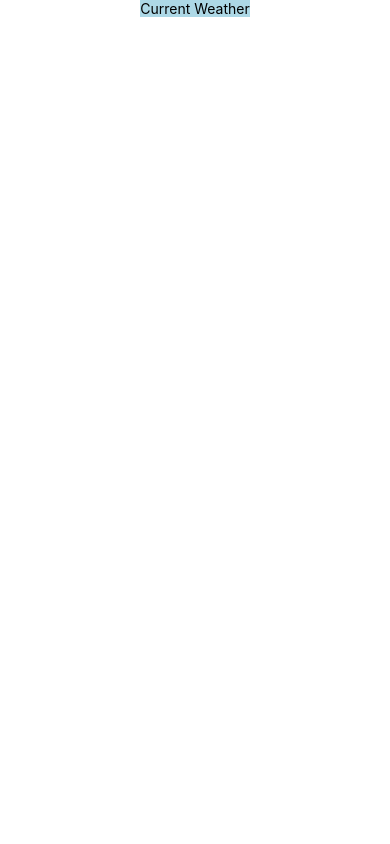
Repository: akinmiday/fcc
Screen: / (app in WeatherApp/)
The author's editor kept a copy of each file at every save. The screen is drawn from the files as they stood at one save, then again after the next save.
The app was drawn by React Native's web renderer in a window 390 px wide. The project was rebuilt for these pictures with package versions that can differ from the ones it lists, and the page was loaded fresh each time.

Above is the screen before, as saved 2023-07-18 06:51:05.

### WeatherApp/App.js
import React from "react";
import { View, Text, SafeAreaView, StyleSheet } from "react-native";

const App = () =>{
  return(
   <SafeAreaView style={styles.wrapper} >
     <View style={styles.container} >
      <Text>Current Weather</Text>
    </View>
   </SafeAreaView>
  )
}

const styles= StyleSheet.create({
  container:{
    backgroundColor: 'lightblue'
  },
  wrapper:{
    flex:1,
    alignItems: 'center',

  }
})

export default App

After the next save:
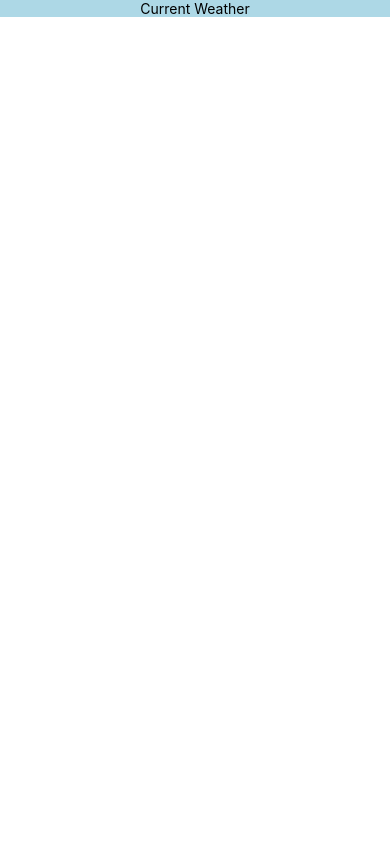
Saved 38 s later.
--- a/WeatherApp/App.js
+++ b/WeatherApp/App.js
@@ -13,12 +13,11 @@ const App = () =>{
 
 const styles= StyleSheet.create({
   container:{
-    backgroundColor: 'lightblue'
+    backgroundColor: 'lightblue',
+    alignItems: 'center'
   },
   wrapper:{
     flex:1,
-    alignItems: 'center',
-
   }
 })
 
